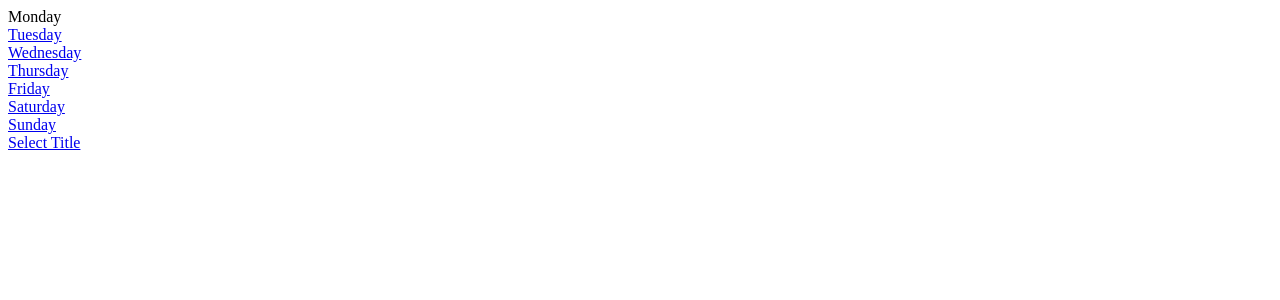
Repository: Art-of-Arts/dotFiles
Page: Documents/pages/index.html
An editor plug-in stored every save of this project. The page is shown before and after the next save, followed by the edit.
The browser window is 1280 px wide. The pictures show the whole page.

Above is the page before, as saved 2025-01-26 20:24:24.

After the next save:
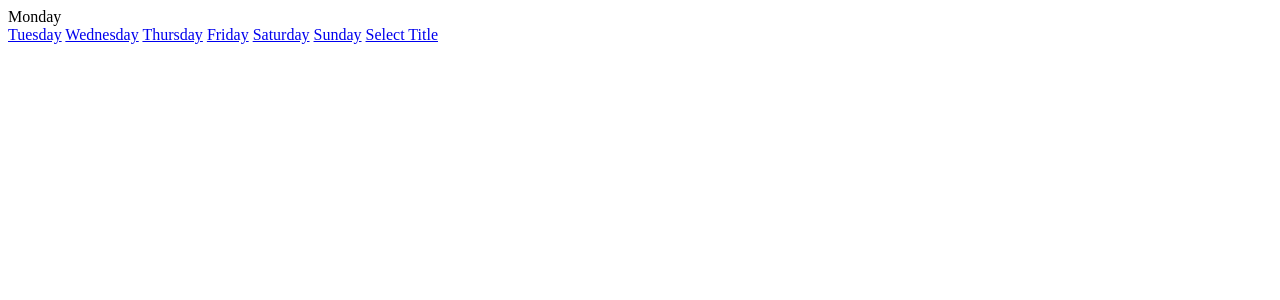
Saved 19 s later.
--- a/Documents/pages/index.html
+++ b/Documents/pages/index.html
@@ -3,7 +3,9 @@
 <title>Select Title</title>
 
 <!-- <div style="list-style: circle; list-style: none;"> -->
-<span style="white-space: pre-line;"<a href="monday.html">Monday</a>
+<span style="white-space: pre-line;"
+    <a href="monday.html">Monday</a>
+</span>
 <a href="tuesday.html">Tuesday</a>
 <a href="wednesday.html">Wednesday</a>
 <a href="thrusday.html">Thursday</a>
